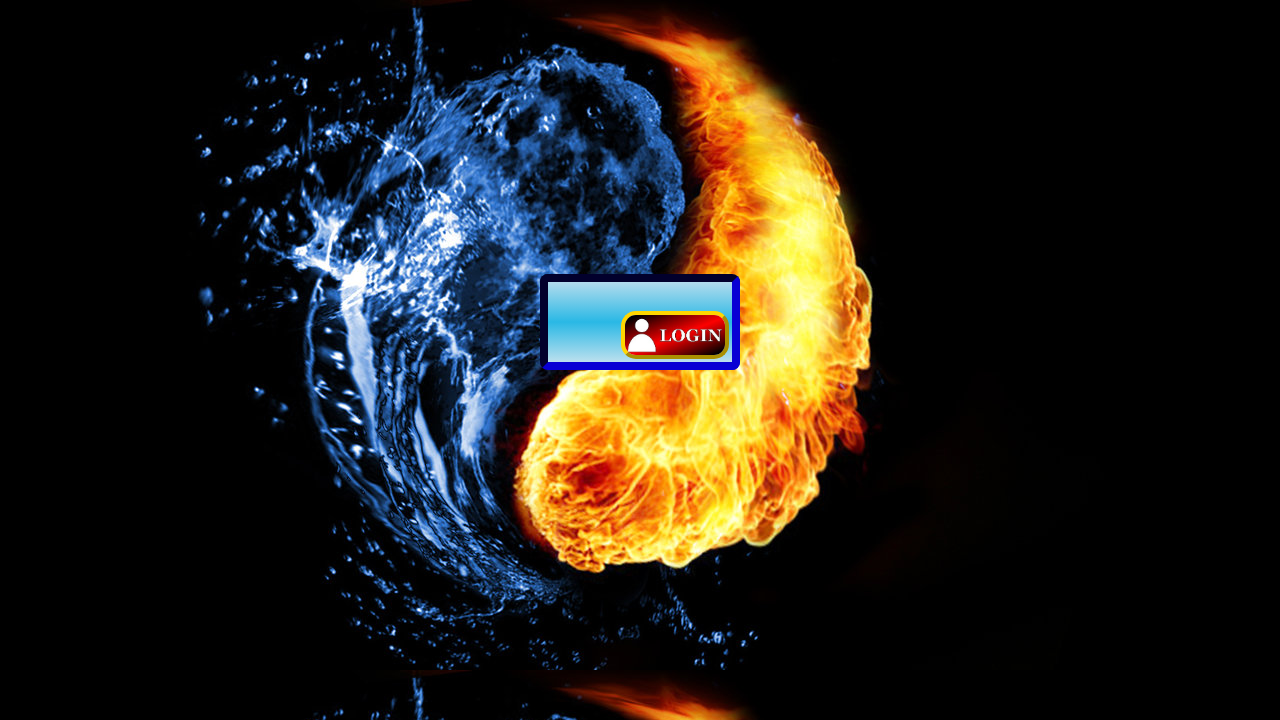
Repository: Albocoder/Event-handler
Page: loginBrain/WebContent/WEB-INF/adminPanel.html
An editor plug-in stored every save of this project. The page is shown before and after the next save, followed by the edit.
The browser window is 1280 px wide. The pictures show the whole page.

Above is the page before, as saved 2015-08-10 14:41:24.

### loginBrain/WebContent/WEB-INF/adminPanel.html
<!DOCTYPE html>
<html>
<head>
<title>Admin Panel</title>
<meta charset="UTF-8"/>
<style type="text/css">
	table{
			color: gold;
 			font-weight: bold;
			text-shadow: 2px 2px 2px black;
			border:8px inset #060080;
			border-radius: 8px;
background: rgba(179,220,237,1);
background: -moz-linear-gradient(top, rgba(179,220,237,1) 0%, rgba(41,184,229,1) 50%, rgba(188,224,238,1) 100%);
background: -webkit-gradient(left top, left bottom, color-stop(0%, rgba(179,220,237,1)), color-stop(50%, rgba(41,184,229,1)), color-stop(100%, rgba(188,224,238,1)));
background: -webkit-linear-gradient(top, rgba(179,220,237,1) 0%, rgba(41,184,229,1) 50%, rgba(188,224,238,1) 100%);
background: -o-linear-gradient(top, rgba(179,220,237,1) 0%, rgba(41,184,229,1) 50%, rgba(188,224,238,1) 100%);
background: -ms-linear-gradient(top, rgba(179,220,237,1) 0%, rgba(41,184,229,1) 50%, rgba(188,224,238,1) 100%);
background: linear-gradient(to bottom, rgba(179,220,237,1) 0%, rgba(41,184,229,1) 50%, rgba(188,224,238,1) 100%);
filter: progid:DXImageTransform.Microsoft.gradient( startColorstr='#b3dced', endColorstr='#bce0ee', GradientType=0 );
}
body {
	background-image:url('wallpaper.jpg');
}

table{
	margin-top: 230px;
}

input.input{
	border: 4px outset gold;
	border-radius: 15px;
	margin-left: 70px;
}

input{
	border: 3px outset blue;
	border-radius: 5px;
	color: black;
	background: rgb(246,248,249); /* Old browsers */
	background: -moz-linear-gradient(top,  rgba(246,248,249,1) 0%, rgba(229,235,238,1) 50%, rgba(215,222,227,1) 51%, rgba(245,247,249,1) 100%); /* FF3.6+ */
	background: -webkit-gradient(linear, left top, left bottom, color-stop(0%,rgba(246,248,249,1)), color-stop(50%,rgba(229,235,238,1)), color-stop(51%,rgba(215,222,227,1)), color-stop(100%,rgba(245,247,249,1))); /* Chrome,Safari4+ */
	background: -webkit-linear-gradient(top,  rgba(246,248,249,1) 0%,rgba(229,235,238,1) 50%,rgba(215,222,227,1) 51%,rgba(245,247,249,1) 100%); /* Chrome10+,Safari5.1+ */
	background: -o-linear-gradient(top,  rgba(246,248,249,1) 0%,rgba(229,235,238,1) 50%,rgba(215,222,227,1) 51%,rgba(245,247,249,1) 100%); /* Opera 11.10+ */
	background: -ms-linear-gradient(top,  rgba(246,248,249,1) 0%,rgba(229,235,238,1) 50%,rgba(215,222,227,1) 51%,rgba(245,247,249,1) 100%); /* IE10+ */
	background: linear-gradient(to bottom,  rgba(246,248,249,1) 0%,rgba(229,235,238,1) 50%,rgba(215,222,227,1) 51%,rgba(245,247,249,1) 100%); /* W3C */
	filter: progid:DXImageTransform.Microsoft.gradient( startColorstr='#f6f8f9', endColorstr='#f5f7f9',GradientType=0 ); /* IE6-9 */

}
</style>
</head>
<body>
<center>
<table>
<br>
<br>
<tr><td></td></tr>
<tr>
<td colspan = "2">
</tr>
<tr><td colspan="2">
<br>
<input class="input" type="image" src="login.jpg" alt="login" align="center" width="100" height="40">
</td>
</tr>
</form>
</table>
</center>
</body>
</html>

After the next save:
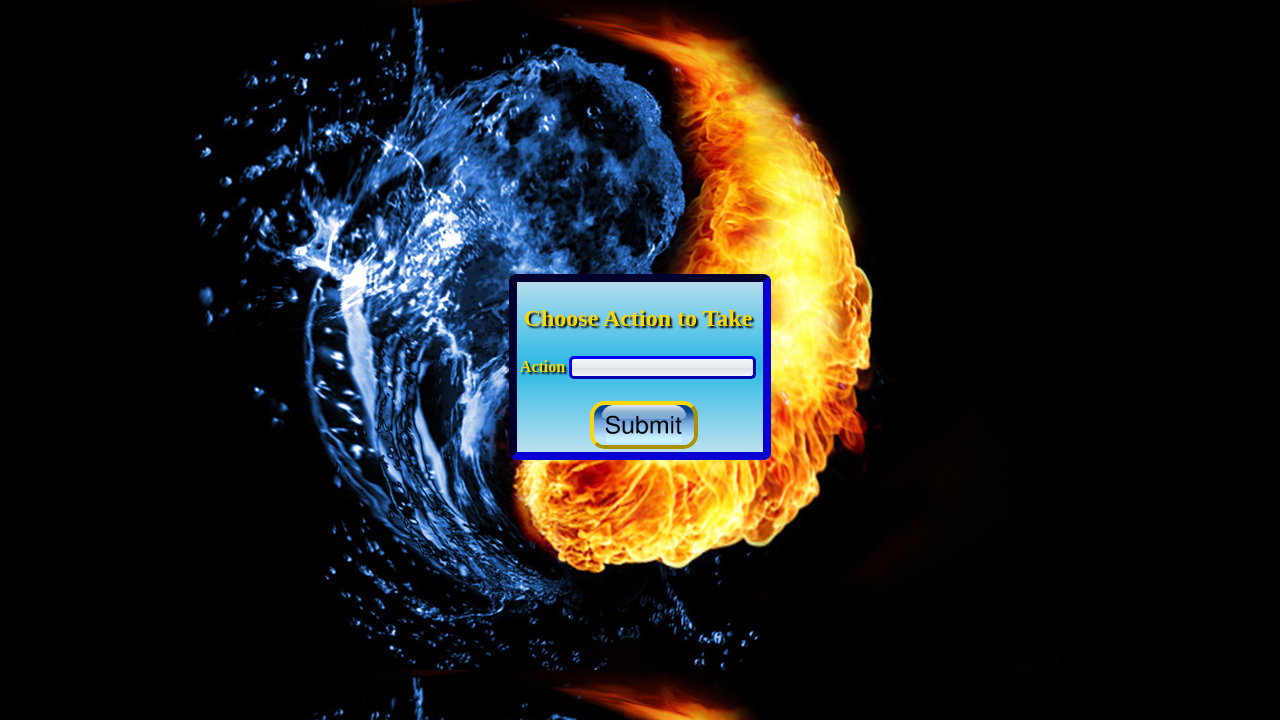
Saved 9 min 50 s later.
--- a/loginBrain/WebContent/WEB-INF/adminPanel.html
+++ b/loginBrain/WebContent/WEB-INF/adminPanel.html
@@ -54,13 +54,23 @@ input{
 <table>
 <br>
 <br>
-<tr><td></td></tr>
-<tr>
-<td colspan = "2">
-</tr>
+<form method="POST" action="adminPanel">
+<th colspan="2"><h2>Choose Action to Take</2><th>
+<tr><td>Action</td><td>
+<input list="actions" name="action">
+<datalist id="month">
+  <option value="1">Peek the event.xml</option>
+  <option value="2">Delete old events</option>
+  <option value="3">Add an event</option>
+  <option value="4">Peek at users</option>
+  <option value="5">Delete a user</option>
+  <option value="6">Add a user</option>
+  <option value="7">Log Out</option>
+</datalist>
+</td></tr>
 <tr><td colspan="2">
 <br>
-<input class="input" type="image" src="login.jpg" alt="login" align="center" width="100" height="40">
+<input class="input" type="image" src="submit.png" alt="submit" align="center" width="100" height="40">
 </td>
 </tr>
 </form>
